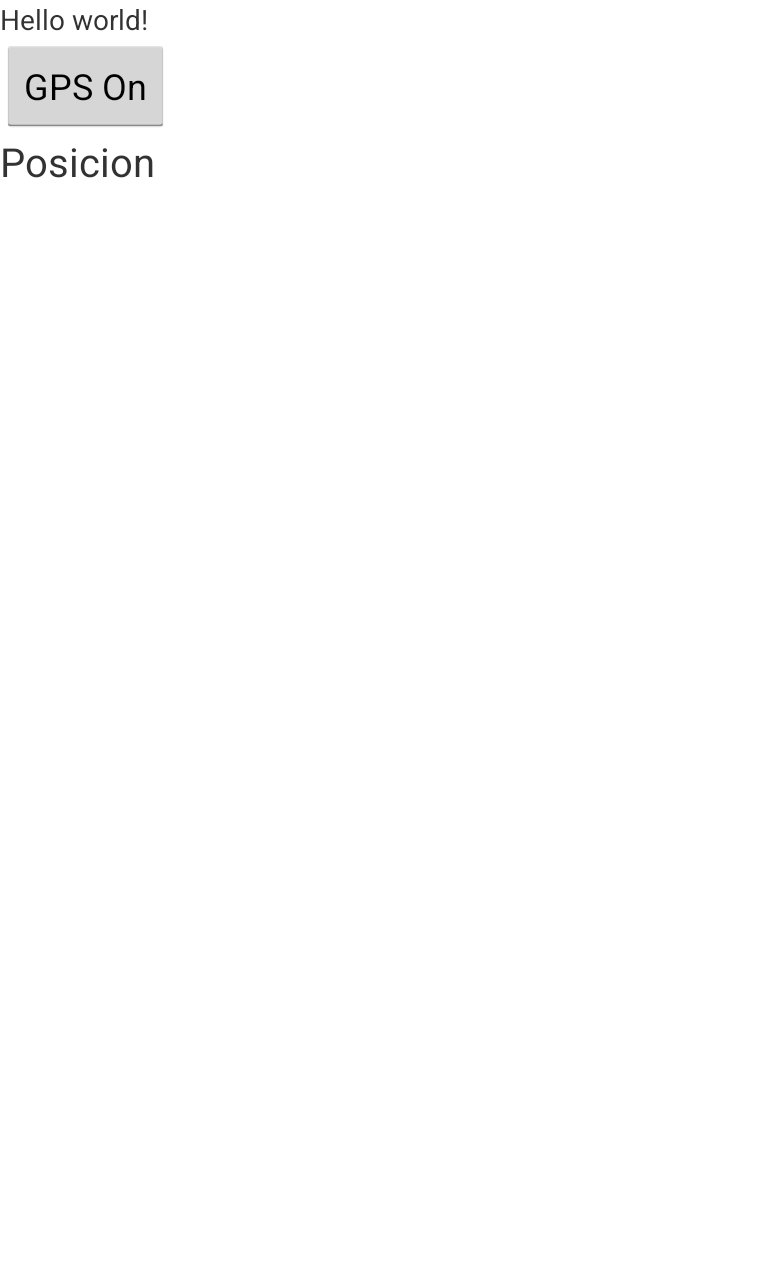
Repository: aludena18/android_apps
Layout: PhoneLocation/res/layout/activity_main.xml
These files come from the project's save history. The layout is drawn as it stood at one moment and after the next save; the edit follows.
It is drawn on a 768 x 1280 px phone screen (xhdpi) without system bars, with theme AppTheme; the app's code is not run.

Above is the layout before, as saved 2015-04-29 17:18:59.

After the next save:
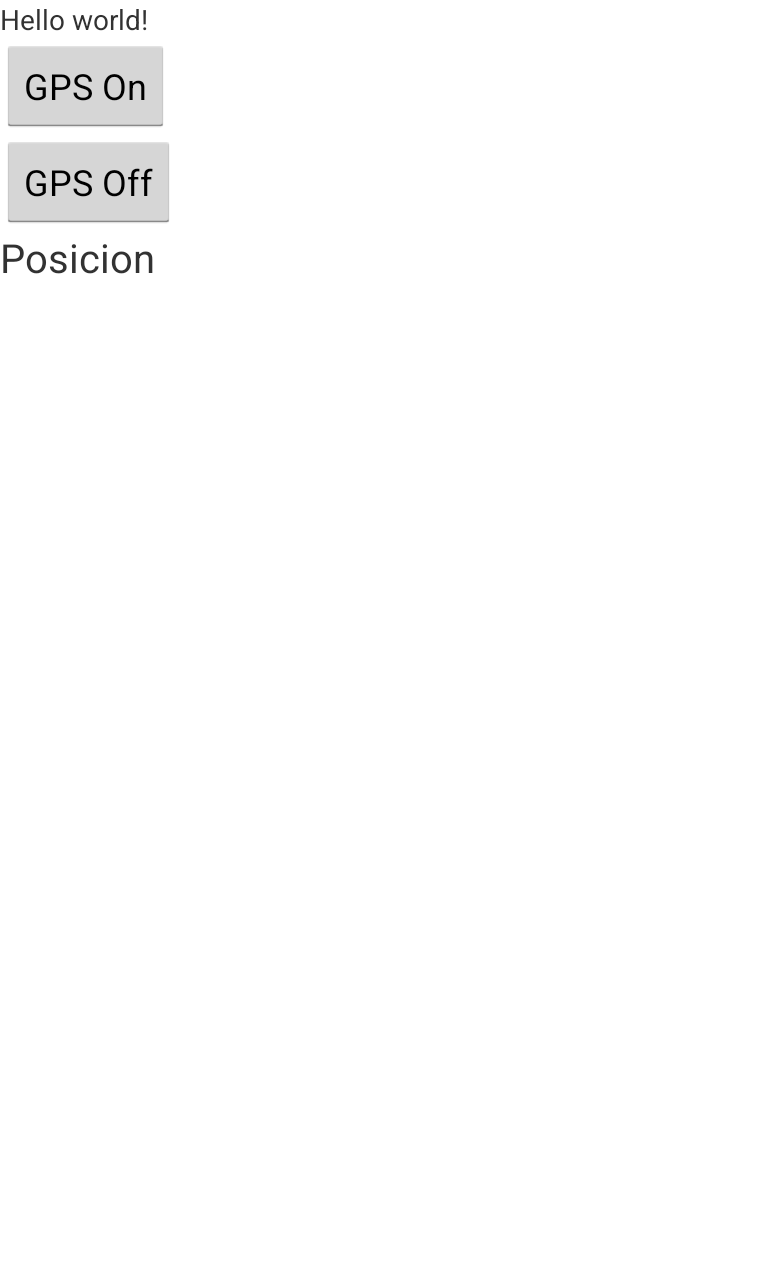
Saved 5 min 20 s later.
--- a/PhoneLocation/res/layout/activity_main.xml
+++ b/PhoneLocation/res/layout/activity_main.xml
@@ -17,6 +17,12 @@
         android:layout_height="wrap_content"
         android:text="@string/etqBtnOn"/>
 
+    <Button
+        android:id="@+id/btnOff"
+        android:layout_width="wrap_content"
+        android:layout_height="wrap_content"
+        android:text="@string/etqBtnOff"/>
+
     <TextView
         android:id="@+id/txvPosicion"
         android:textSize="20sp"
--- a/PhoneLocation/res/values/strings.xml
+++ b/PhoneLocation/res/values/strings.xml
@@ -6,5 +6,6 @@
     <string name="action_settings">Settings</string>
     <string name="etqPosicion">Posicion</string>
     <string name="etqBtnOn">GPS On</string>
+    <string name="etqBtnOff">GPS Off</string>
 
 </resources>
